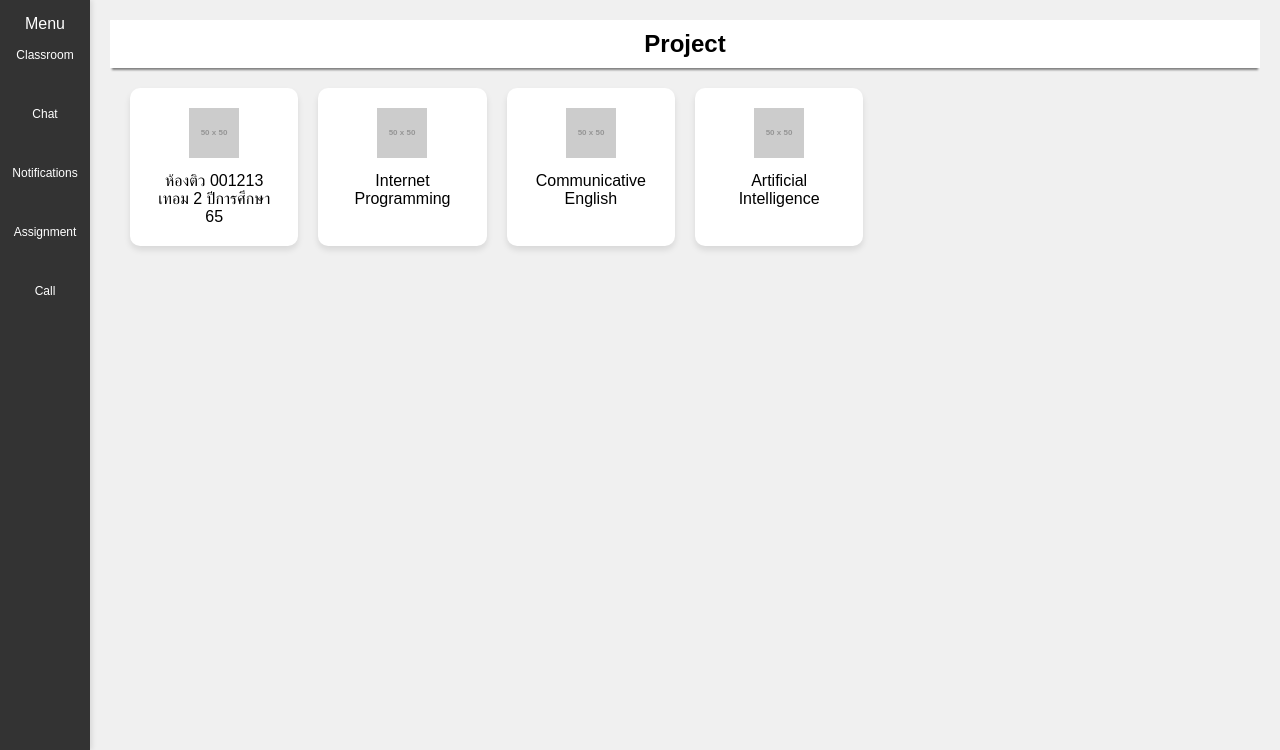
Repository: praifas16/ProPro
Page: docs/studenthead.html
An editor plug-in stored every save of this project. The page is shown before and after the next save, followed by the edit.
The browser window is 1280 px wide. The pictures show the whole page.

Above is the page before, as saved 2024-08-21 20:00:12.

After the next save:
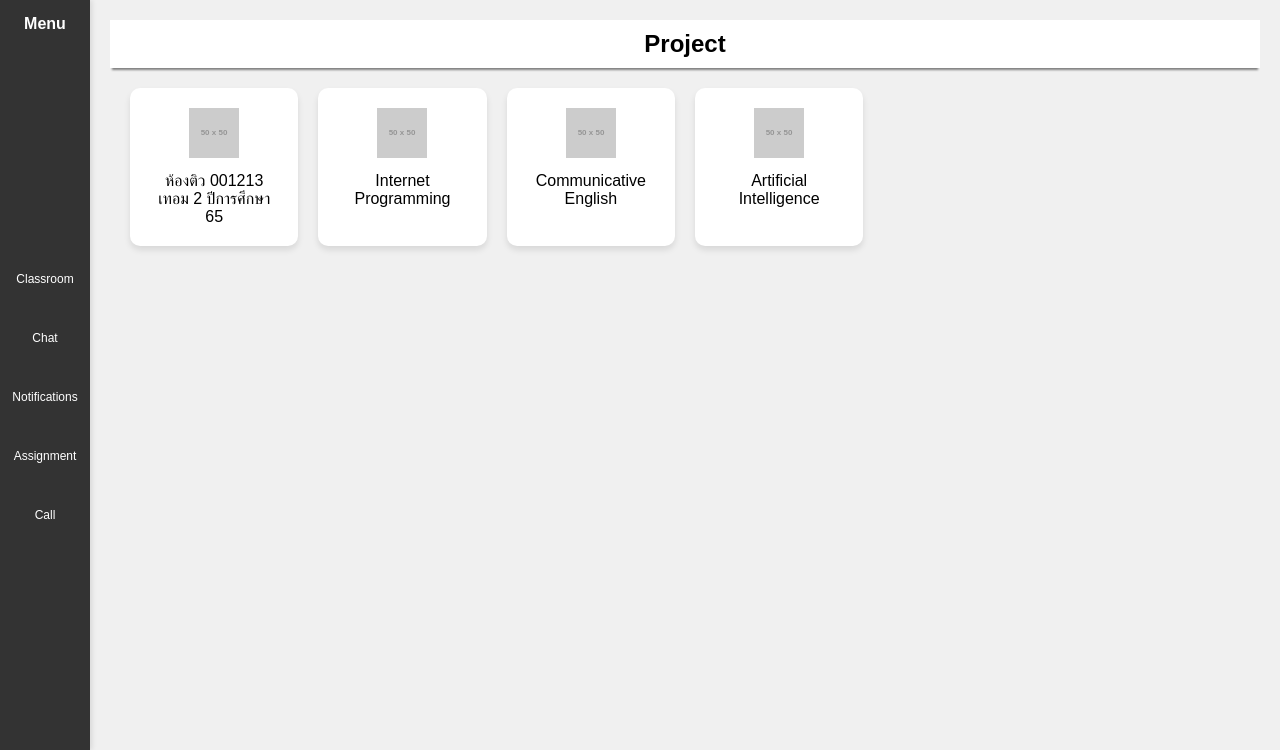
Saved 4 min 33 s later.
--- a/docs/studenthead.html
+++ b/docs/studenthead.html
@@ -24,6 +24,19 @@
             display: flex;
             flex-direction: column;
             align-items: center;
+        }
+
+        .menu-header {
+            margin-bottom: 40px; /* ปรับระยะห่าง */
+            font-size: 16px;
+            font-weight: bold;
+        }
+
+        .menu-items {
+            flex-grow: 1;
+            display: flex;
+            flex-direction: column;
+            justify-content: center; /* จัดให้อยู่ตรงกลางในแนวตั้ง */
         }
 
         .sidebar a {
@@ -104,11 +117,13 @@
     <!-- เมนูแถบข้าง -->
     <div class="sidebar">
         <div class="menu-header">Menu</div>
-        <a href="#"><i class="fa fa-home"></i><span>Classroom</span></a>
-        <a href="#"><i class="fa fa-users"></i><span>Chat</span></a>
-        <a href="#"><i class="fa fa-notificat"></i><span>Notifications</span></a>
-        <a href="#"><i class="fa fa-assign"></i><span>Assignment</span></a>
-        <a href="#"><i class="fa fa-phone"></i><span>Call</span></a>
+        <div class="menu-items">
+            <a href="#"><i class="fa fa-home"></i><span>Classroom</span></a>
+            <a href="#"><i class="fa fa-users"></i><span>Chat</span></a>
+            <a href="#"><i class="fa fa-notificat"></i><span>Notifications</span></a>
+            <a href="#"><i class="fa fa-assign"></i><span>Assignment</span></a>
+            <a href="#"><i class="fa fa-phone"></i><span>Call</span></a>
+        </div>
     </div>
 
     <!-- เนื้อหาหลัก -->
